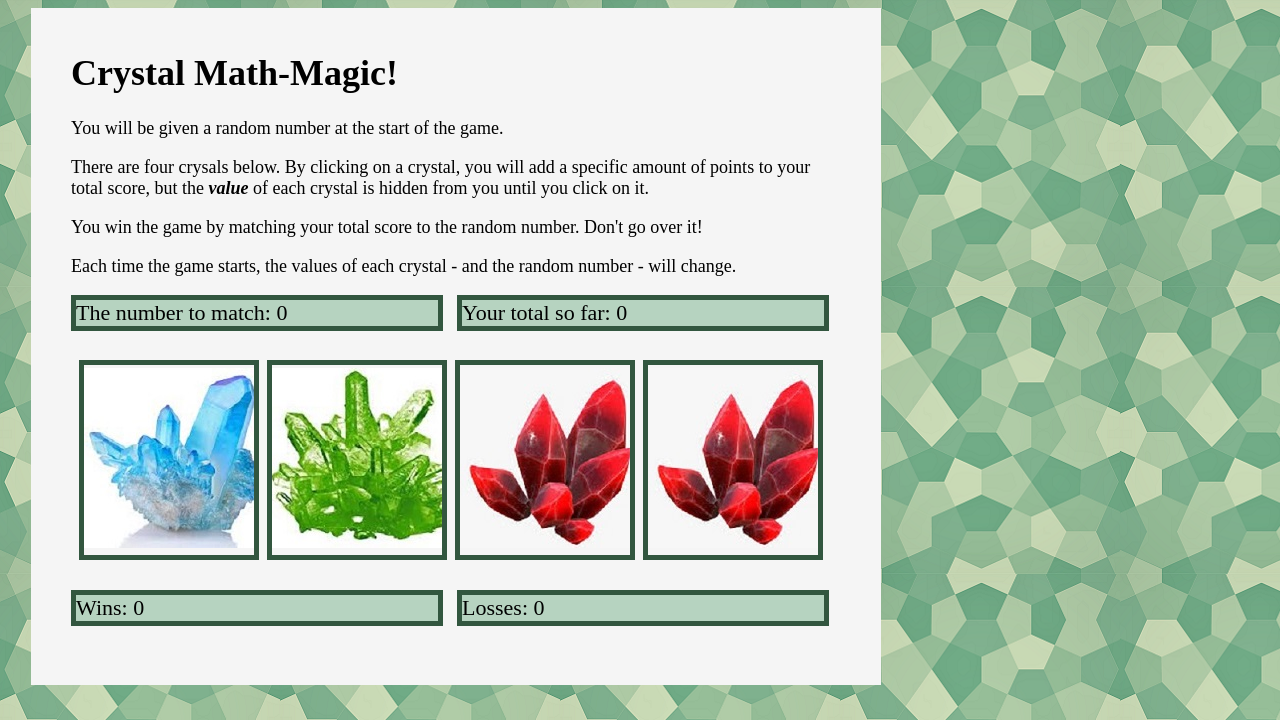
Repository: dsaftler/unit-4-game
Page: index.html
The author's editor kept a copy of each file at every save. The page is drawn from the files as they stood at one save, then again after the next save.
The browser window is 1280 px wide. The pictures show the whole page.
Some web fonts or font styles are not loaded; a fallback is used.

Above is the page before, as saved 2019-04-01 23:20:01.

After the next save:
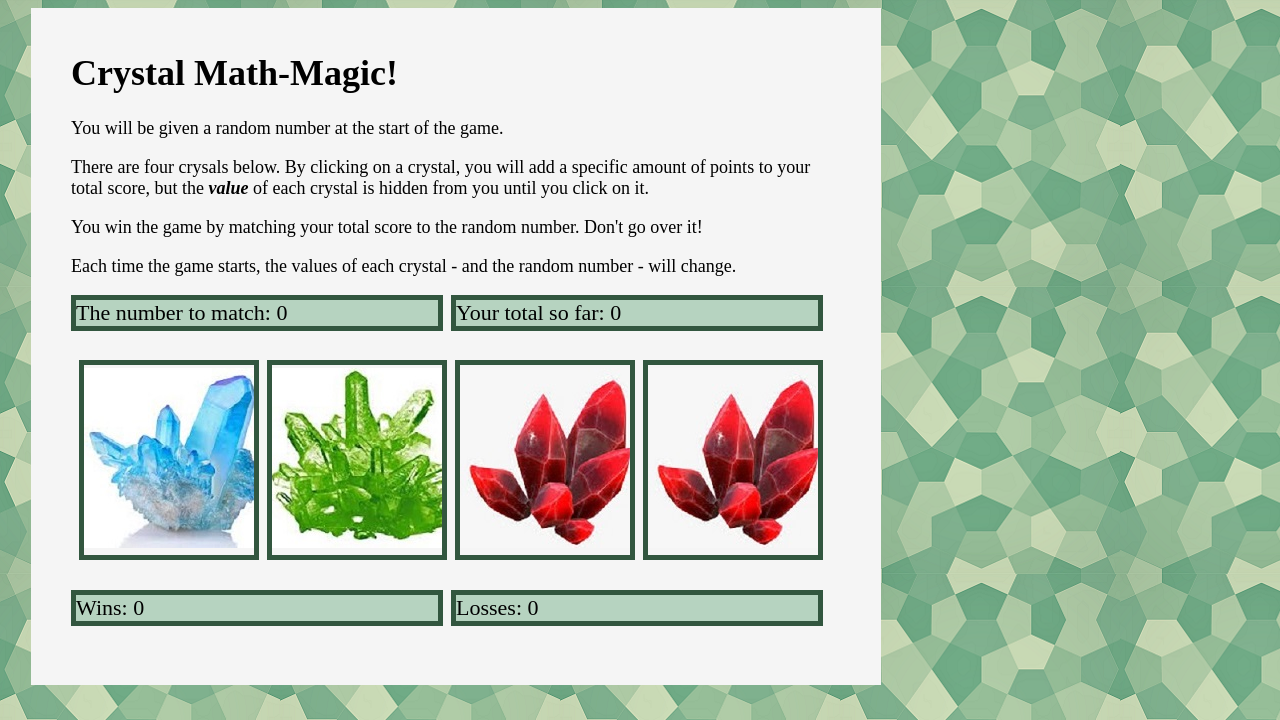
Saved 19 s later.
--- a/assets/css/style.css
+++ b/assets/css/style.css
@@ -39,7 +39,7 @@ font-size: 18px;
 .bordergreen {
   border: 5px solid rgb(50, 86, 63)
 }
-.first {margin-right: 10px;}
+.first {margin-right: 4px;}
 .second {margin-left: 4px;}
 /* #randomTarget {color: teal;}
 #currentTotal {color: teal;} */
